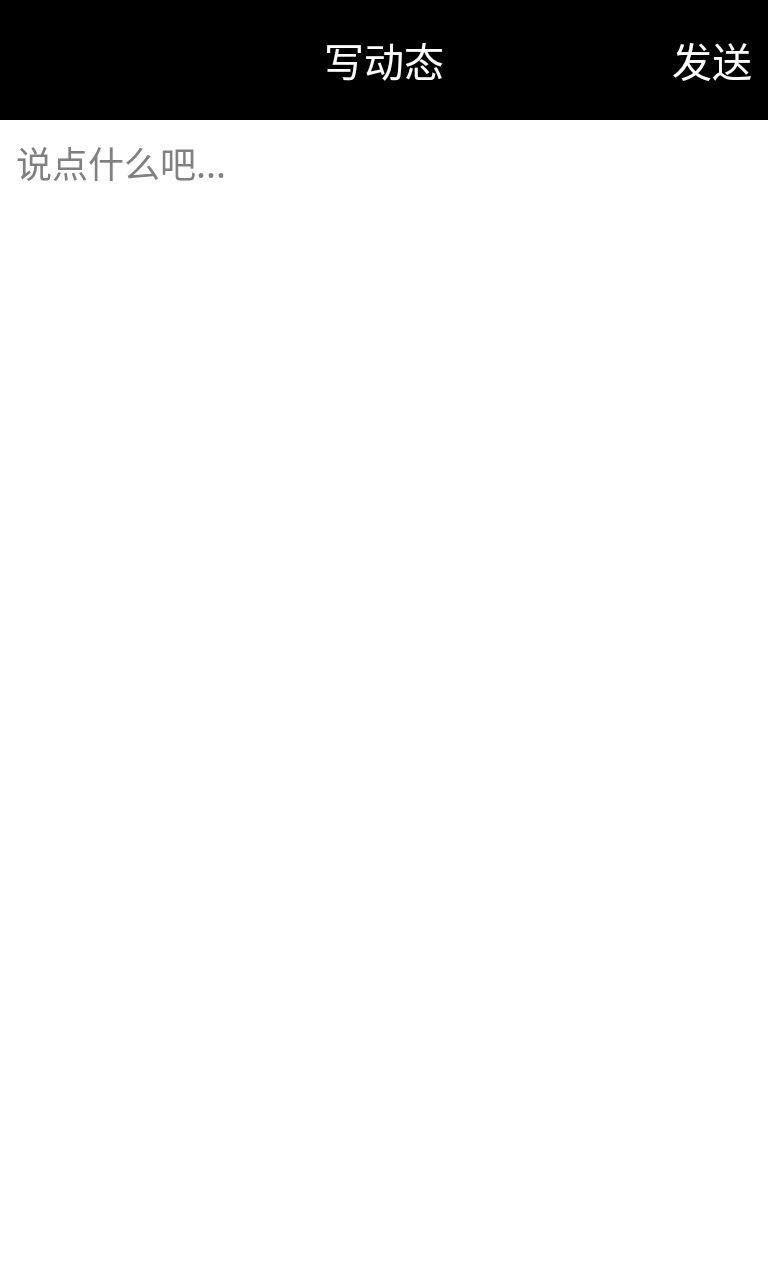
Repository: fatio/Nower
Layout: Android_Client_Source/EnjoyIt/res/layout/activity_send_shows.xml
The author's editor kept a copy of each file at every save. The layout is drawn from the files as they stood at one save, then again after a run of saves.
It is drawn on a 768 x 1280 px phone screen (xhdpi) without system bars, with theme AppTheme; the app's code is not run. Lists and similar views that code fills are empty.

Above is the layout before, as saved 2015-12-26 17:24:36.

After the next 2 saves:
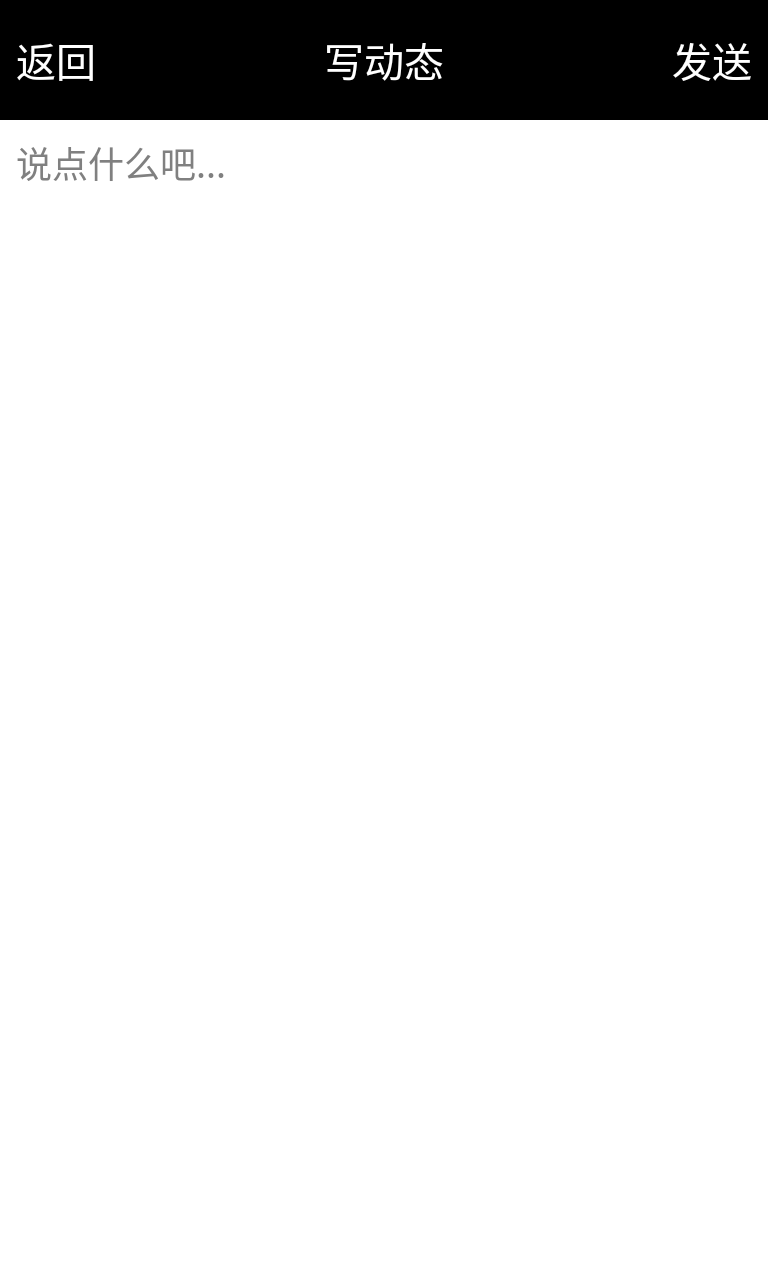
The 2 saves are shown as one change because they came seconds apart.
The last was saved 56 s later.
--- a/Android_Client_Source/EnjoyIt/res/layout/activity_send_shows.xml
+++ b/Android_Client_Source/EnjoyIt/res/layout/activity_send_shows.xml
@@ -9,6 +9,18 @@
         android:layout_width="match_parent"
         android:layout_height="60dp"
         android:background="@color/black" >
+
+        <TextView
+            android:id="@+id/tv_back"
+            android:layout_width="wrap_content"
+            android:layout_height="40dp"
+            android:layout_alignLeft="true"
+            android:layout_centerVertical="true"
+            android:layout_marginLeft="8dp"
+            android:gravity="center"
+            android:text="返回"
+            android:textColor="@drawable/text_while"
+            android:textSize="20sp" />
 
         <TextView
             android:layout_width="wrap_content"
@@ -36,9 +48,9 @@
         android:layout_width="fill_parent"
         android:layout_height="100dp"
         android:layout_margin="8dp"
+        android:background="@null"
         android:gravity="left|top"
-        android:hint="说点什么吧..."
-        android:background="@null" >
+        android:hint="说点什么吧..." >
     </EditText>
 
     <GridView
